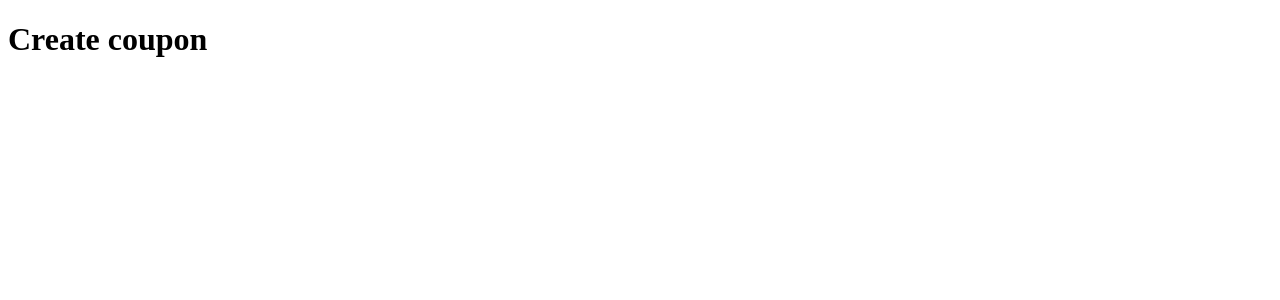
Repository: capmanstar/JSP-Servlet-JDBC
Page: http://localhost/CouponAndProductProject/createCoupon.jsp
An editor plug-in stored every save of this project. The page is shown before and after a run of saves, followed by the edit.
The browser window is 1280 px wide. The pictures show the whole page.
The page is served by Tomcat 9.

Above is the page before, as saved 2024-12-12 10:49:38.

After the next 2 saves:
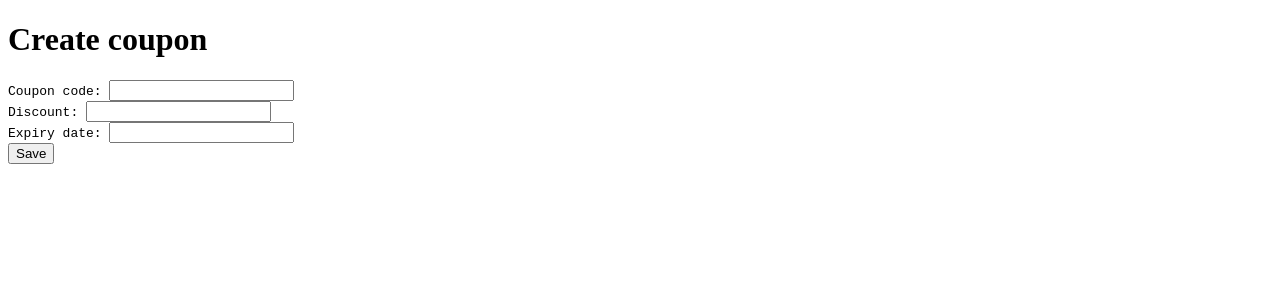
The 2 saves are shown as one change because they came seconds apart.
The last was saved 2 min 23 s later.
--- a/CouponAndProductProject/src/main/webapp/createCoupon.jsp
+++ b/CouponAndProductProject/src/main/webapp/createCoupon.jsp
@@ -10,7 +10,10 @@
 <h1>Create coupon</h1>
 <form action="">
 <pre>
-
+Coupon code: <input type="text" name="couponCode"/>
+Discount: <input type="text" name="discount"/>
+Expiry date: <input type="text" name="expiryDate"/>
+<input type="submit" value="Save"/>
 
 </pre>
 </form>
